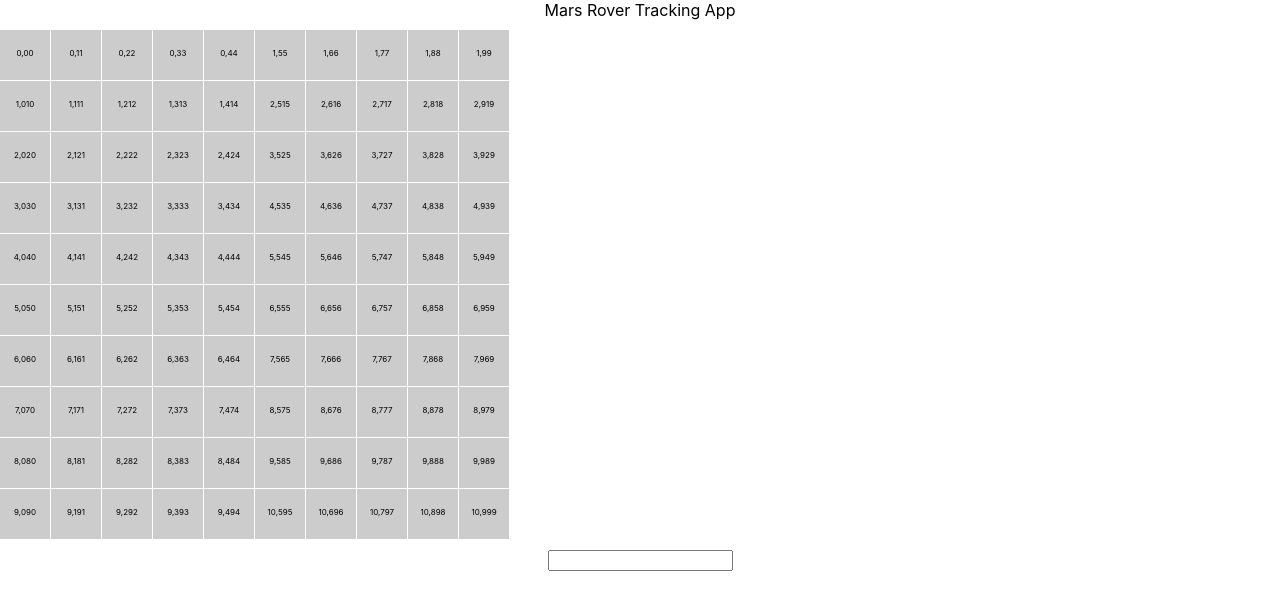
Repository: madhurisandbhor/Rover-Tracking-App
Page: /
An editor plug-in stored every save of this project. The page is shown before and after the next save, followed by the edit.
The browser window is 1280 px wide. The pictures show the whole page.
The project was rebuilt for these pictures with package versions that can differ from the ones it lists, and the page was loaded fresh each time.

Above is the page before, as saved 2021-09-06 18:40:33.

### src/App.js
import './App.css';
import Grid from './Grid'

function App() {
  return (
    <div className="App">
      <div>Mars Rover Tracking App</div>
      <Grid />
    </div>
  );
}

export default App;

### src/Grid.jsx
import React, { useState, useEffect } from 'react'
import { maxY, maxX, x, y, d } from './constants'
import testGrid from './testGrid'
import roverIcon from './svg/rover-icon.svg'

const wrapper = {
  width: '100%',
  margin: '10px auto',
  display: 'grid',
  gridTemplateColumns: `repeat(${maxY + 1}, 50px)`,
  gridTemplateRows: `repeat(${maxX + 1}, 50px)`,
  gridGap: '1px',
}

const itemStyle = {
  padding: '10px',
  backgroundColor: '#ccc',
}

const itemSpan = {
  fontSize: '8px',
}

const roverImg = {
  width: '20px',
  height: '20px',
  alignText: 'center',
}

const Grid = () => {
  const gridLength = (maxX + 1) * (maxY + 1)
  const arr = Array(gridLength).fill()
  const [input, setInput] = useState('')
  const [roverXPosition, setRoverXPosition] = useState(x)
  const [roverYPosition, setRoverYPosition] = useState(y)
  const [roverDirection, setRoverDirection] = useState(d)

  useEffect(() => {
    console.log(testGrid(input))
  }, [input])

  return (
    <div>
      <div style={wrapper}>
        {arr.map((item, index) => (
          <div key={index} style={itemStyle}>
            {/* {roverXPosition === Math.round(index / 10) && (
              <div style={roverImg}>
                <img style={{ width: '100%' }} src={roverIcon} alt="rover" />
              </div>
            )} */}
            <span style={itemSpan}>
              {Math.round(index / 10)},{index % 10}
              {index}
            </span>
          </div>
        ))}
      </div>
      <input
        name="inputString"
        value={input}
        onChange={(event) => setInput(event.target.value)}
      />
    </div>
  )
}

export default Grid

### src/constants.js
export const x = 0, y = 0, maxX = 9, maxY = 9;
export const d = 'N';
export const directionsToRight = ['N', 'E', 'S', 'W']
export const directionsToLeft = ['N', 'W', 'S', 'E']

### src/testGrid.js
import {
  x,
  y,
  d,
  directionsToRight,
  directionsToLeft,
  maxX,
  maxY,
} from './constants'

const testGrid = (testString) => {
  const roverPosition = [x, y, d]
  const testArr = testString.split('')

  for (let i = 0; i < testArr.length; i++) {
    if (testArr[i] === 'r') {
      let currDirIndex = directionsToRight.findIndex(
        (item) => item === roverPosition[2]
      )
      if (currDirIndex > -1 && currDirIndex < 3)
        roverPosition[2] = directionsToRight[currDirIndex + 1]
      else roverPosition[2] = directionsToRight[0]
    } else if (testArr[i] === 'l') {
      let currDirIndex = directionsToLeft.findIndex(
        (item) => item === roverPosition[2]
      )
      if (currDirIndex > -1 && currDirIndex < 3)
        roverPosition[2] = directionsToLeft[currDirIndex + 1]
      else roverPosition[2] = directionsToLeft[0]
    } else if (testArr[i] === 'f') {
      if (roverPosition[2] === 'E') {
        if (roverPosition[1] < maxY) roverPosition[1]++
        else roverPosition[1] = 0
      } else if (roverPosition[2] === 'S') {
        if (roverPosition[0] < maxX) roverPosition[0]++
        else roverPosition[0] = 0
      } else if (roverPosition[2] === 'N') {
        if (roverPosition[0] <= 0) roverPosition[0] = maxX
        else roverPosition[0]--
      } else if (roverPosition[2] === 'W') {
        if (roverPosition[1] <= 0) roverPosition[1] = maxY
        else roverPosition[1]--
      }
    }
  }

  return roverPosition
}

export default testGrid

Loaded but not shown: public/index.html (common file); src/index.js (common file); src/index.css (common file); src/App.css (common file)

After the next save:
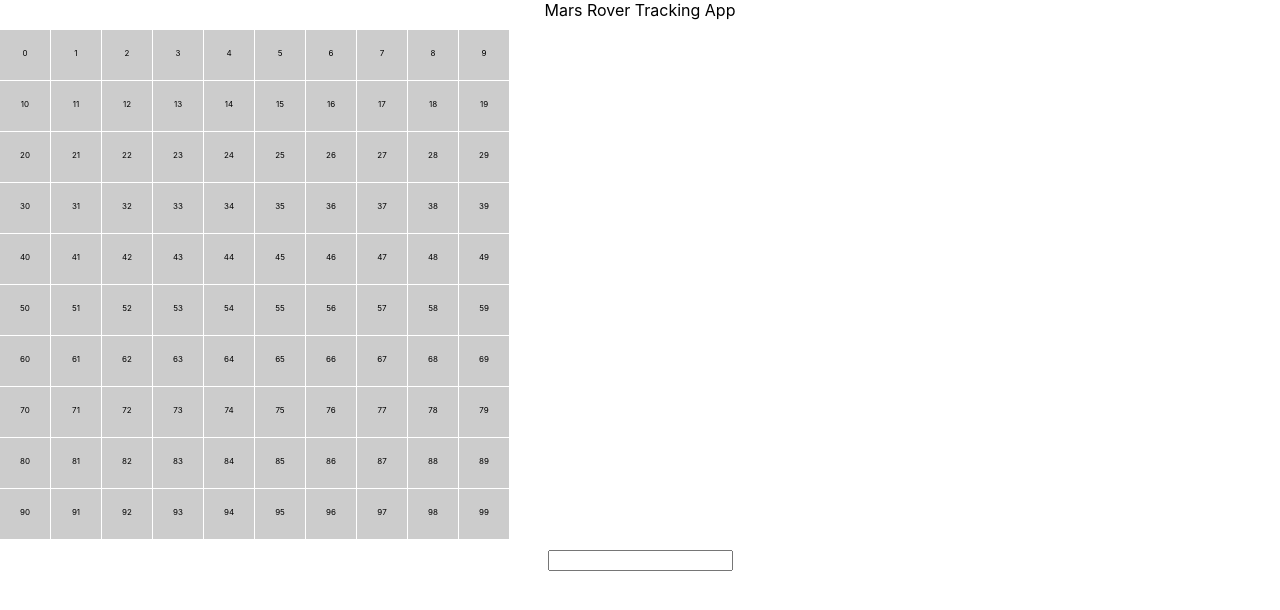
Saved 4 s later.
--- a/src/Grid.jsx
+++ b/src/Grid.jsx
@@ -50,7 +50,7 @@ const Grid = () => {
               </div>
             )} */}
             <span style={itemSpan}>
-              {Math.round(index / 10)},{index % 10}
+              {/* {Math.round(index / 10)},{index % 10} */}
               {index}
             </span>
           </div>
